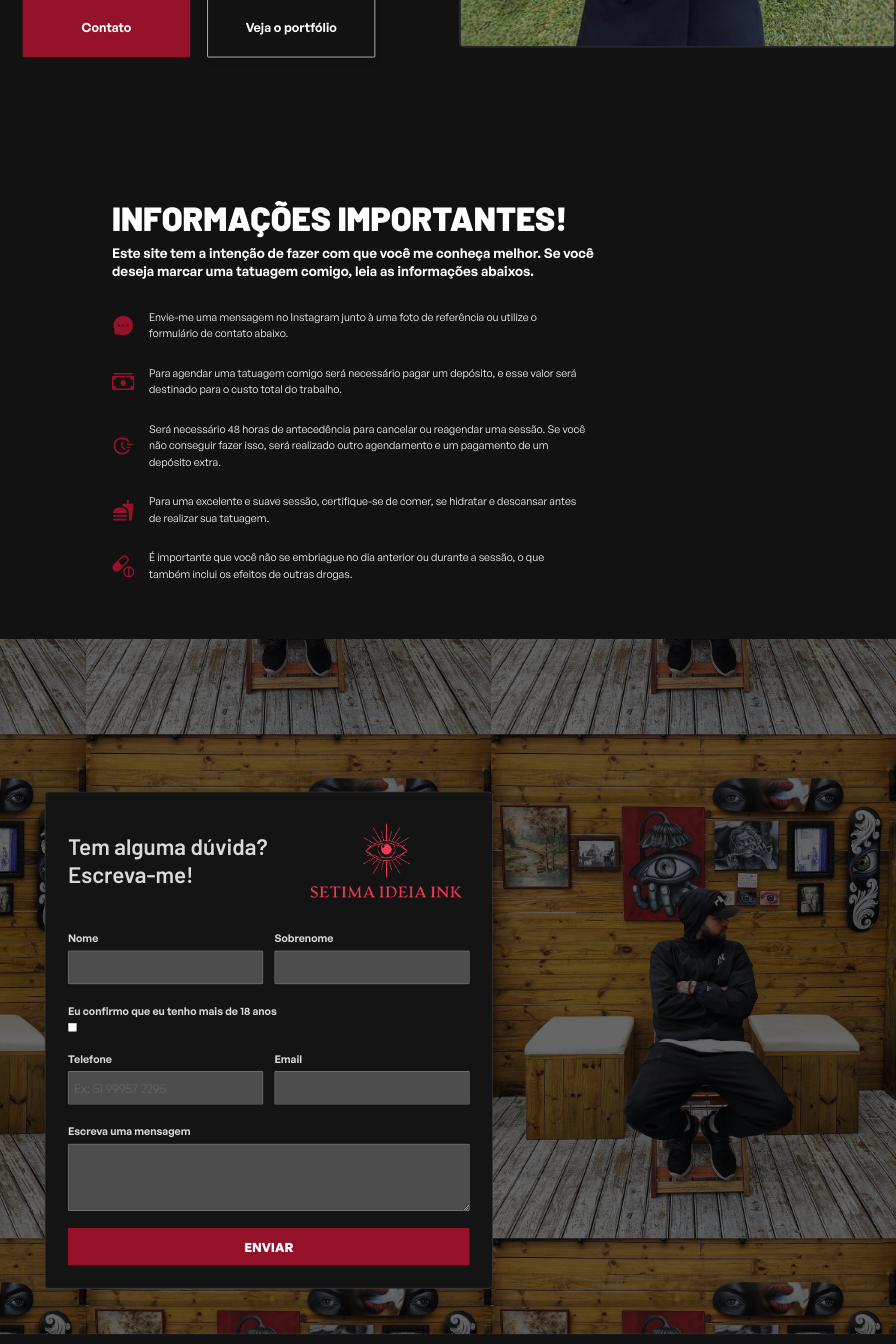
Repository: Leoka2000/S-tima-Ideia
Page: /
The author's editor kept a copy of each file at every save. The page is drawn from the files as they stood at one save, then again after the next save.
The browser window is 1280 px wide. The pictures show the part of the page from y = 4580 to 6500 px (the page is 6791 px tall), at 70% of full size.
Backgrounds fixed to the window are drawn as part of the page. The project was rebuilt for these pictures with package versions that can differ from the ones it lists, and the page was loaded fresh each time. Some packages were replaced by stand-ins written for this rebuild. Also part of the build but not shown: src/pages/main/instagram/instagram.css, src/pages/main/instagram/instagram.jsx, src/App.css, src/pages/portfolio/portfolio.css, src/data/database-common.js, src/pages/portfolio/loop-content.jsx, src/pages/portfolio/portfolio.jsx, src/pages/portfolio/index.jsx and 2 more. Imported but missing from the stored project, and not drawn on this page: src/assets/videos/cauan-video.mp4.

Above is the page before, as saved 2023-07-10 20:48:47.

After the next save:
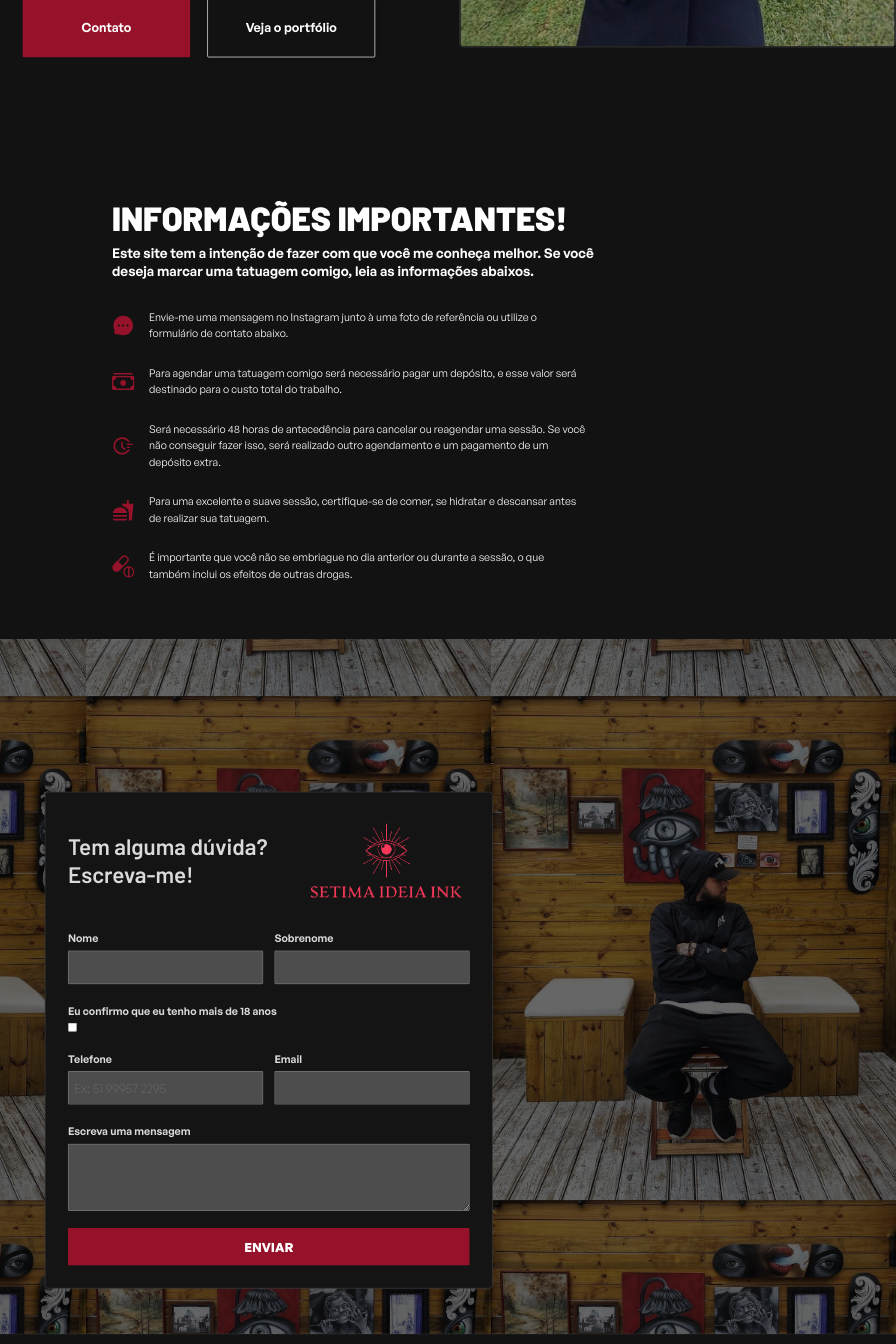
Saved 68 s later.
--- a/src/pages/main/contact/form.css
+++ b/src/pages/main/contact/form.css
@@ -81,9 +81,10 @@
     background-image: linear-gradient(180deg, rgba(0, 0, 0, 0.6), rgba(0, 0, 0, 0.6)), url('../../../assets/images/contato.jpg');
 width:100%;
 height: 100%;
-background-position: 0px 0px, 100% 50%;
+background-position: 0px 0px, 100% 30%;
 background-size: auto, auto 100vh;
-background-attachment: fixed;
+background-attachment: scroll;
+
 top: 0;
 right: 0;
 }

After the 2 saves that followed:
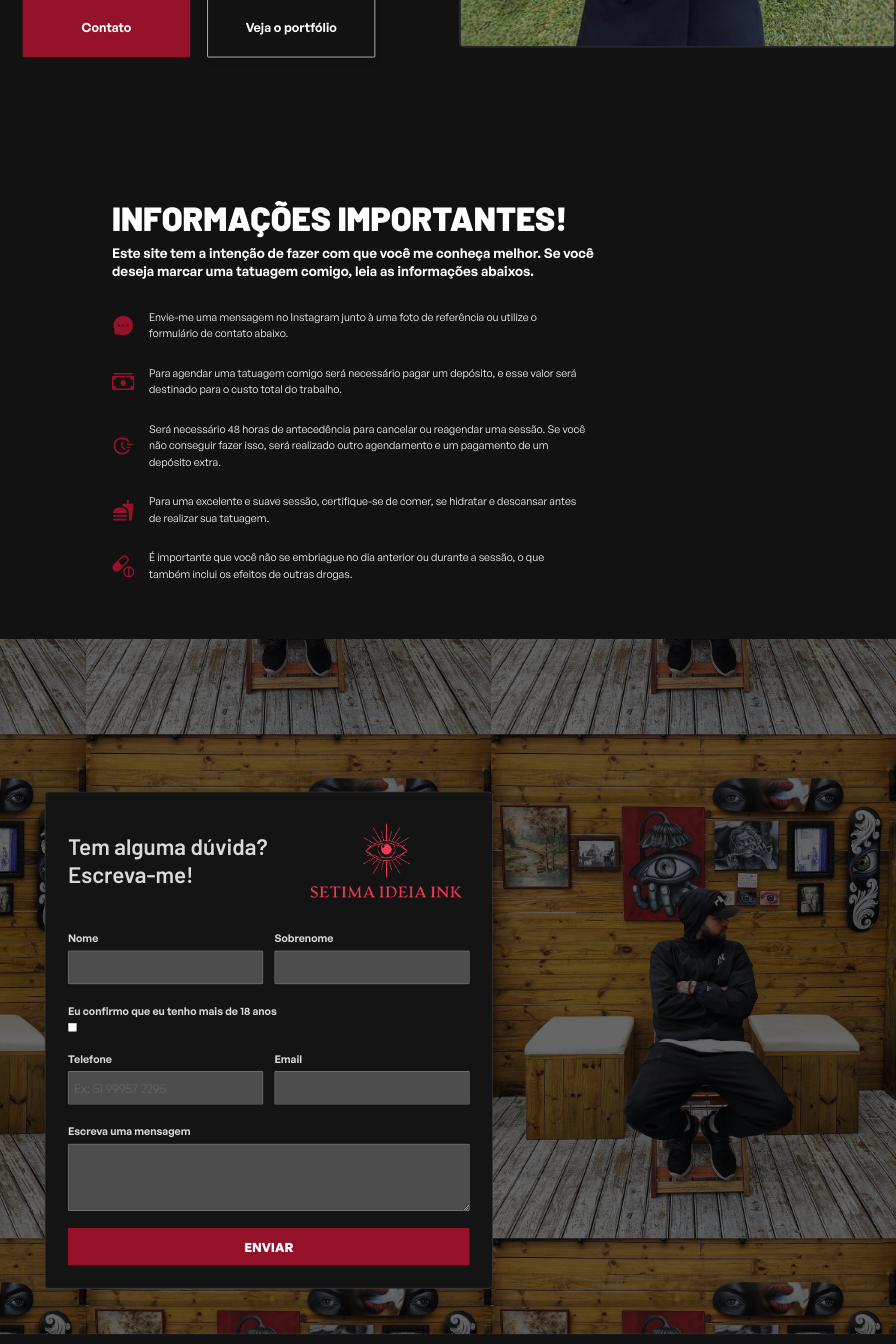
The 2 saves are shown as one change because 1 left the picture as it was.
The last was saved 44 s later.
--- a/src/pages/main/contact/form.css
+++ b/src/pages/main/contact/form.css
@@ -81,10 +81,9 @@
     background-image: linear-gradient(180deg, rgba(0, 0, 0, 0.6), rgba(0, 0, 0, 0.6)), url('../../../assets/images/contato.jpg');
 width:100%;
 height: 100%;
-background-position: 0px 0px, 100% 30%;
+background-position: 0px 0px, 100% 50%;
 background-size: auto, auto 100vh;
-background-attachment: scroll;
-
+background-attachment: scroll, fixed;
 top: 0;
 right: 0;
 }
